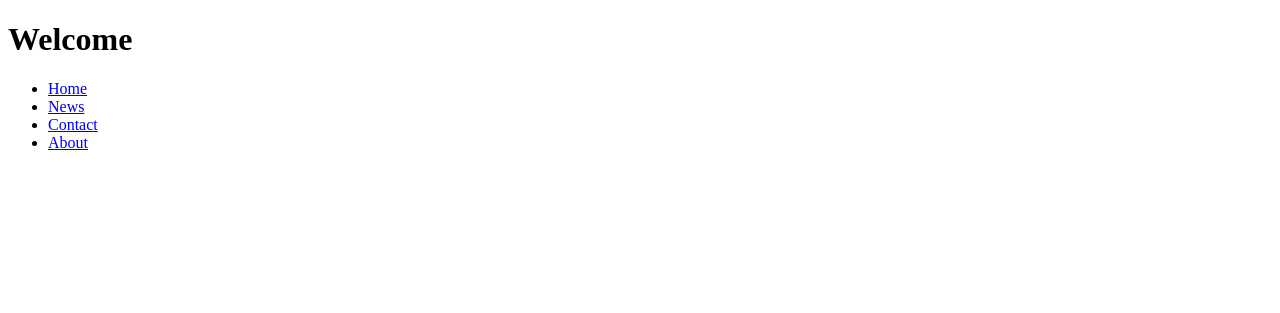
Repository: sudhaBommakanti/EmployeeWebApplication
Page: EmployeeWebApplication/WebContent/index.html
The author's editor kept a copy of each file at every save. The page is drawn from the files as they stood at one save, then again after the next save.
The browser window is 1280 px wide. The pictures show the whole page.

Above is the page before, as saved 2022-10-18 16:34:13.

### EmployeeWebApplication/WebContent/index.html
<!DOCTYPE html>
<html>
<head>
<meta charset="UTF-8">
<title>First Web Application</title>
</head>
<body>
<h1>Welcome</h1>
<ul>
  <li><a href="#">Home</a></li>
  <li><a href="#">News</a></li>
  <li><a href="#">Contact</a></li>
  <li><a href="#">About</a></li>
</ul>
</body>
</html>

After the next save:
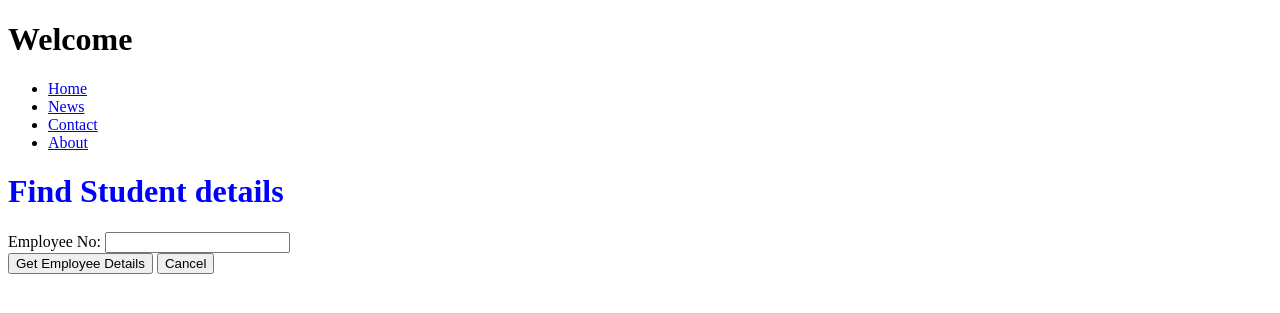
Saved 2 h 28 min later.
--- a/EmployeeWebApplication/WebContent/index.html
+++ b/EmployeeWebApplication/WebContent/index.html
@@ -12,5 +12,11 @@
   <li><a href="#">Contact</a></li>
   <li><a href="#">About</a></li>
 </ul>
+<h1 style="color:blue">Find Student details</h1>
+<form action="Employee-details" method="post">
+   Employee No: <input type="text" name="employeeId"/><br>
+   <input type="submit" value="Get Employee Details">
+   <input type="reset" value="Cancel">
+</form>
 </body>
 </html>
